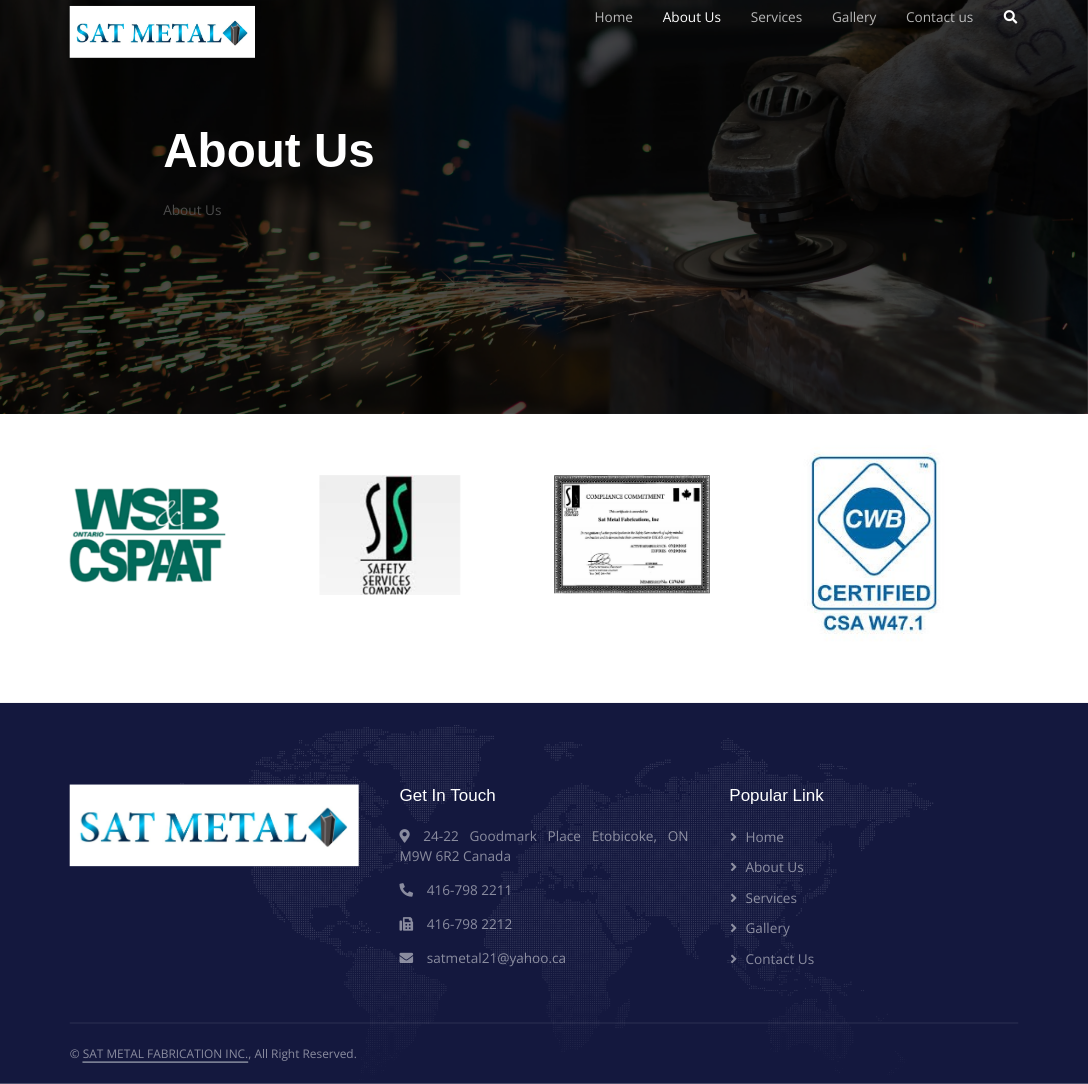
Repository: dzyte-services/satmetal
Page: http://localhost/about.php
An editor plug-in stored every save of this project. The page is shown before and after a run of saves, followed by the edit.
The browser window is 1280 px wide. The pictures show the whole page, at 85% of full size.
Some web fonts or font styles are not loaded; a fallback is used. Some web libraries are served in a nearby version. The page is run by PHP 8.4 with error messages shown; the project is at /var/www/html/.

Above is the page before, as saved 2023-11-09 15:27:31.

### about.php
<!DOCTYPE html>
<html lang="en">

<head>
    <meta charset="utf-8">
    <title>SAT - About</title>
    <meta content="width=device-width, initial-scale=1.0" name="viewport">
    <meta content="" name="keywords">
    <meta content="" name="description">

    <!-- Favicon -->
    <link href="img/favicon.ico" rel="icon">

    <!-- Google Web Fonts -->
    <link rel="preconnect" href="https://fonts.googleapis.com">
    <link rel="preconnect" href="https://fonts.gstatic.com" crossorigin>
    <link href="https://fonts.googleapis.com/css2?family=Open+Sans:wght@400;600&family=Ubuntu:wght@500;700&display=swap"
        rel="stylesheet">

    <!-- Icon Font Stylesheet -->
    <link href="https://cdnjs.cloudflare.com/ajax/libs/font-awesome/5.10.0/css/all.min.css" rel="stylesheet">
    <link href="https://cdn.jsdelivr.net/npm/bootstrap-icons@1.4.1/font/bootstrap-icons.css" rel="stylesheet">

    <!-- Libraries Stylesheet -->
    <link href="lib/animate/animate.min.css" rel="stylesheet">
    <link href="lib/owlcarousel/assets/owl.carousel.min.css" rel="stylesheet">

    <!-- Customized Bootstrap Stylesheet -->
    <link href="css/bootstrap.min.css" rel="stylesheet">

    <!-- Template Stylesheet -->
    <link href="css/style.css" rel="stylesheet">
</head>

<body>
    <!-- Spinner Start -->
    <!-- <div id="spinner"
        class="show bg-white position-fixed translate-middle w-100 vh-100 top-50 start-50 d-flex align-items-center justify-content-center">
        <div class="spinner-grow text-primary" style="width: 3rem; height: 3rem;" role="status">
            <span class="sr-only">Loading...</span>
        </div>
    </div> -->
    <!-- Spinner End -->


    <!-- Navbar Start -->
    <?php
        include "header.php";
    ?>
    <!-- Navbar End -->





    <!-- Full Screen Search Start -->
    <div class="modal fade" id="searchModal" tabindex="-1">
        <div class="modal-dialog modal-fullscreen">
            <div class="modal-content" style="background: rgba(20, 24, 62, 0.7);">
                <div class="modal-header border-0">
                    <button type="button" class="btn btn-square bg-white btn-close" data-bs-dismiss="modal"
                        aria-label="Close"></button>
                </div>
                <div class="modal-body d-flex align-items-center justify-content-center">
                    <div class="input-group" style="max-width: 600px;">
                        <input type="text" class="form-control bg-transparent border-light p-3"
                            placeholder="Type search keyword">
                        <button class="btn btn-light px-4"><i class="bi bi-search"></i></button>
                    </div>
                </div>
            </div>
        </div>
    </div>
    <!-- Full Screen Search End -->


    <!-- About Start -->
    <!-- Modal gallery -->
    <!-- Section: Images -->
    <div class="container-fluid py-5">
        <div class="container">
        <div class="row mt-4">
    <div class="col-lg-3 col-md-4 col-sm-6 mb-4">
        <div class="bg-image hover-overlay ripple shadow-1-strong rounded" data-ripple-color="light">
            <img src="img/img2.png" class="" style="width: 70%;" />
            <a href="#!" data-mdb-toggle="modal" data-mdb-target="#exampleModal2">
                <div class="mask" style="background-color: rgba(251, 251, 251, 0.2);"></div>
            </a>
        </div>
    </div>

    <div class="col-lg-3 col-md-4 col-sm-6 mb-4">
        <div class="bg-image hover-overlay ripple shadow-1-strong rounded" data-ripple-color="light">
            <img src="img/img3.png" class="" style="width: 70%;" />
            <a href="#!" data-mdb-toggle="modal" data-mdb-target="#exampleModal2">
                <div class="mask" style="background-color: rgba(251, 251, 251, 0.2);"></div>
            </a>
        </div>
    </div>

    <div class="col-lg-3 col-md-4 col-sm-6 mb-4">
        <div class="bg-image hover-overlay ripple shadow-1-strong rounded" data-ripple-color="light">
            <img src="img/img1.png" class="" style="width: 70%;" />
            <a href="#!" data-mdb-toggle="modal" data-mdb-target="#exampleModal2">
                <div class="mask" style="background-color: rgba(251, 251, 251, 0.2);"></div>
            </a>
        </div>
    </div>

    <div class="col-lg-3 col-md-4 col-sm-6 mb-4">
        <div class="bg-image hover-overlay ripple shadow-1-strong rounded" data-ripple-color="light">
            <img src="img/img4.jpeg" class="" style="width: 70%; margin-top: -35px;" />
            <a href="#!" data-mdb-toggle="modal" data-mdb-target="#exampleModal2">
                <div class="mask" style="background-color: rgba(251, 251, 251, 0.2);"></div>
            </a>
        </div>
    </div>
</div>


        </div>
    </div>


    <!-- Footer Start -->
    <?php
        include "footer.php";
    ?>
    <!-- Footer End -->


    <!-- Back to Top -->
    <a href="#" class="btn btn-lg btn-primary btn-lg-square back-to-top pt-2"><i class="bi bi-arrow-up"></i></a>


    <!-- JavaScript Libraries -->
    <script src="https://ajax.googleapis.com/ajax/libs/jquery/3.6.1/jquery.min.js"></script>
    <script src="https://cdn.jsdelivr.net/npm/bootstrap@5.0.0/dist/js/bootstrap.bundle.min.js"></script>
    <script src="lib/wow/wow.min.js"></script>
    <script src="lib/easing/easing.min.js"></script>
    <script src="lib/waypoints/waypoints.min.js"></script>
    <script src="lib/counterup/counterup.min.js"></script>
    <script src="lib/owlcarousel/owl.carousel.min.js"></script>

    <!-- Template Javascript -->
    <script src="js/main.js"></script>
</body>

</html>

### header.php
    <?php
        $currentPage1 = basename($_SERVER['PHP_SELF']);
    ?>
    <!-- Spinner Start -->
    <div id="spinner"
        class="show bg-white position-fixed translate-middle w-100 vh-100 top-50 start-50 d-flex align-items-center justify-content-center">
        <div class="spinner-grow text-primary" style="width: 3rem; height: 3rem;" role="status">
            <span class="sr-only">Loading...</span>
        </div>
    </div>
    <!-- Spinner End -->


    <!-- Navbar Start -->
    <div class="container-fluid sticky-top">
        <div class="container">
            <nav class="navbar navbar-expand-lg navbar-dark p-0">
                <div class="row">
                    <div class="col-lg-6 col-md-4">
                        <a href="index.php" class="navbar-brand">
                            <img class="img-fluid" width="40%" height="40%" src="img/logo2.jpeg" alt="">
                        </a>
                        <button type="button" class="navbar-toggler ms-auto me-0" data-bs-toggle="collapse"
                            data-bs-target="#navbarCollapse">
                            <span class="navbar-toggler-icon"></span>
                        </button>
                    </div>
                    <div class="col-lg-6 col-md-8">
                    <div class="collapse navbar-collapse" id="navbarCollapse">
                    <div class="navbar-nav ms-auto">
                        <a href="index.php" class="nav-item nav-link  <?php echo ($currentPage1 === 'index.php') ? 'active' : ''; ?>">Home</a>
                        <a href="about.php" class="nav-item nav-link <?php echo ($currentPage1 === 'about.php') ? 'active' : ''; ?>">About Us</a>
                        <a href="service.php" class="nav-item nav-link <?php echo ($currentPage1 === 'service.php') ? 'active' : ''; ?>">Services</a>
                        <a href="project.php" class="nav-item nav-link <?php echo ($currentPage1 === 'project.php') ? 'active' : ''; ?>">Gallery</a>

                        <a href="contact.php" class="nav-item nav-link <?php echo ($currentPage1 === 'contact.php') ? 'active' : ''; ?>">Contact us</a>
                    </div>
                    <butaton type="button" class="btn text-white p-0 d-none d-lg-block" data-bs-toggle="modal"
                        data-bs-target="#searchModal"><i class="fa fa-search"></i></butaton>
                </div>
                    </div>
                </div>


            </nav>
        </div>
    </div>
    <!-- Navbar End -->

    <div>
          <?php
                $currentPage = $_SERVER['SCRIPT_NAME'];
                $current_page = basename($currentPage);

                if ($current_page === "index.php") {
                    include("header/home.php");
                } elseif ($current_page === "about.php") {
                    include("header/about.php");
                } elseif ($current_page === "service.php") {
                    include("header/service.php");
                } elseif ($current_page === "project.php") {
                    include("header/gallery.php");
                } elseif ($current_page === "contact.php") {
                    include("header/contact.php");
                }



            ?>
    </div>

### header/about.php
<!-- Hero Start -->
<div class="container-fluid pt-5 bg-primary hero-header">
        <div class="container pt-5">
            <div class="row g-5 pt-5">
                <div class="col-lg-6 align-self-center text-center text-lg-start mb-lg-5">
                    <h1 class="display-4 text-white mb-4 animated slideInRight">About Us</h1>
                    <nav aria-label="breadcrumb">
                        <ol class="breadcrumb justify-content-center justify-content-lg-start mb-0">
                            <!-- <li class="breadcrumb-item"><a class="text-white" href="#">Home</a></li> -->
                            <!-- <li class="breadcrumb-item"><a class="text-white" href="#">Pages</a></li> -->
                            <li class="breadcrumb-item text-white active" aria-current="page">About Us</li>
                        </ol>
                    </nav>
                </div>
            </div>
        </div>
    </div>
    <!-- Hero End -->

### footer.php
    <!-- Footer Start -->
    <div class="container-fluid bg-dark text-white-50 footer pt-5">
        <div class="container py-5">
            <div class="row g-5">
                <div class="col-md-6 col-lg-4 wow fadeIn" data-wow-delay="0.1s">
                    <a href="index.php" class="d-inline-block mb-3">
                    <img class="img-fluid" width="100%" src="img/logo2.jpeg" alt="">
                    </a>
                    <!-- <p class="mb-0">Tempor erat elitr rebum at clita. Diam dolor diam ipsum et tempor sit. Aliqu diam
                        amet diam et eos labore. Clita erat ipsum et lorem et sit, sed stet no labore lorem sit. Sanctus
                        clita duo justo et tempor</p> -->
                </div>
                <div class="col-md-6 col-lg-4 wow fadeIn" data-wow-delay="0.3s">
                    <h5 class="text-white mb-4">Get In Touch</h5>
                    <p><i class="fa fa-map-marker-alt me-3"></i>24-22 Goodmark Place Etobicoke, ON M9W 6R2 Canada</p>
                    <p><i class="fa fa-phone-alt me-3"></i>416-798 2211</p>
                    <p><i class="fa fa-fax me-3"></i>416-798 2212</p>
                    <p><i class="fa fa-envelope me-3"></i>satmetal21@yahoo.ca</p>
                    <!-- <div class="d-flex pt-2">
                        <a class="btn btn-outline-light btn-social" href=""><i class="fab fa-twitter"></i></a>
                        <a class="btn btn-outline-light btn-social" href=""><i class="fab fa-facebook-f"></i></a>
                        <a class="btn btn-outline-light btn-social" href=""><i class="fab fa-youtube"></i></a>
                        <a class="btn btn-outline-light btn-social" href=""><i class="fab fa-instagram"></i></a>
                        <a class="btn btn-outline-light btn-social" href=""><i class="fab fa-linkedin-in"></i></a>
                    </div> -->
                </div>
                <div class="col-md-6 col-lg-4 wow fadeIn" data-wow-delay="0.5s">
                    <h5 class="text-white mb-4">Popular Link</h5>
                    <a class="btn btn-link" href="index.php">Home</a>
                    <a class="btn btn-link" href="about.php">About Us</a>
                    <a class="btn btn-link" href="service.php">Services</a>
                    <a class="btn btn-link" href="project.php">Gallery</a>
                    <a class="btn btn-link" href="contact.php">Contact Us</a>
                </div>
                <!-- <div class="col-md-6 col-lg-3 wow fadeIn" data-wow-delay="0.7s">
                    <h5 class="text-white mb-4">Our Services</h5>
                    <a class="btn btn-link" href="">Robotic Automation</a>
                    <a class="btn btn-link" href="">Machine learning</a>
                    <a class="btn btn-link" href="">Predictive Analysis</a>
                    <a class="btn btn-link" href="">Data Science</a>
                    <a class="btn btn-link" href="">Robot Technology</a>
                </div> -->
            </div>
        </div>
        <div class="container wow fadeIn" data-wow-delay="0.1s">
            <div class="copyright">
                <div class="row">
                    <div class="col-md-6 text-center text-md-start mb-3 mb-md-0">
                        &copy; <a class="border-bottom" href="#">SAT METAL FABRICATION INC.</a>, All Right Reserved.

                        <!--/*** This template is free as long as you keep the footer author’s credit link/attribution link/backlink. If you'd like to use the template without the footer author’s credit link/attribution link/backlink, you can purchase the Credit Removal License from "https://htmlcodex.com/credit-removal". Thank you for your support. ***/-->
                        <!-- Designed By <a class="border-bottom" href="https://htmlcodex.com">HTML Codex</a> Distributed By <a class="border-bottom" href="https://themewagon.com">ThemeWagon</a> -->
                    </div>
                    <!-- <div class="col-md-6 text-center text-md-end">
                        <div class="footer-menu">
                            <a href="">Home</a>
                            <a href="">Cookies</a>
                            <a href="">Help</a>
                            <a href="">FAQs</a>
                        </div>
                    </div> -->
                </div>
            </div>
        </div>
    </div>
    <!-- Footer End -->


    <!-- Back to Top -->
    <a href="#" class="btn btn-lg btn-primary btn-lg-square back-to-top pt-2"><i class="bi bi-arrow-up"></i></a>

Loaded but not shown: lib/animate/animate.min.css (library); lib/owlcarousel/assets/owl.carousel.min.css (common file); css/bootstrap.min.css (library); lib/wow/wow.min.js (library); lib/easing/easing.min.js (common file); lib/waypoints/waypoints.min.js (library); lib/counterup/counterup.min.js (common file); lib/owlcarousel/owl.carousel.min.js (library); js/main.js (64 lines, source omitted); css/style.css (555 lines, source omitted)

After the next 2 saves:
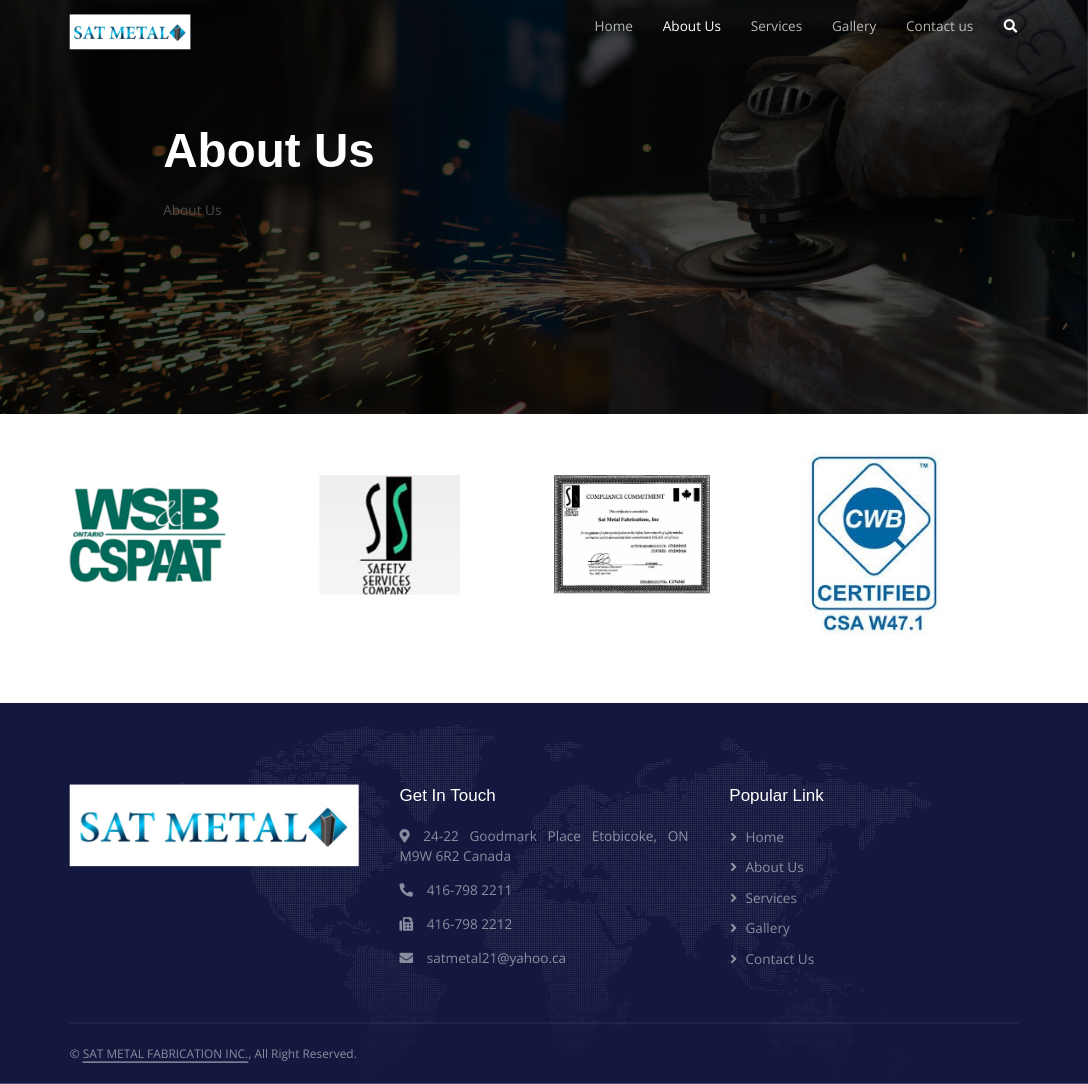
The 2 saves are shown as one change because they came seconds apart.
The last was saved 41 s later.
--- a/header.php
+++ b/header.php
@@ -16,7 +16,7 @@
         <div class="container">
             <nav class="navbar navbar-expand-lg navbar-dark p-0">
                 <div class="row">
-                    <div class="col-lg-6 col-md-4">
+                    <div class="col-6 col-md-4">
                         <a href="index.php" class="navbar-brand">
                             <img class="img-fluid" width="40%" height="40%" src="img/logo2.jpeg" alt="">
                         </a>
@@ -25,7 +25,7 @@
                             <span class="navbar-toggler-icon"></span>
                         </button>
                     </div>
-                    <div class="col-lg-6 col-md-8">
+                    <div class="col-6 col-md-8">
                     <div class="collapse navbar-collapse" id="navbarCollapse">
                     <div class="navbar-nav ms-auto">
                         <a href="index.php" class="nav-item nav-link  <?php echo ($currentPage1 === 'index.php') ? 'active' : ''; ?>">Home</a>
